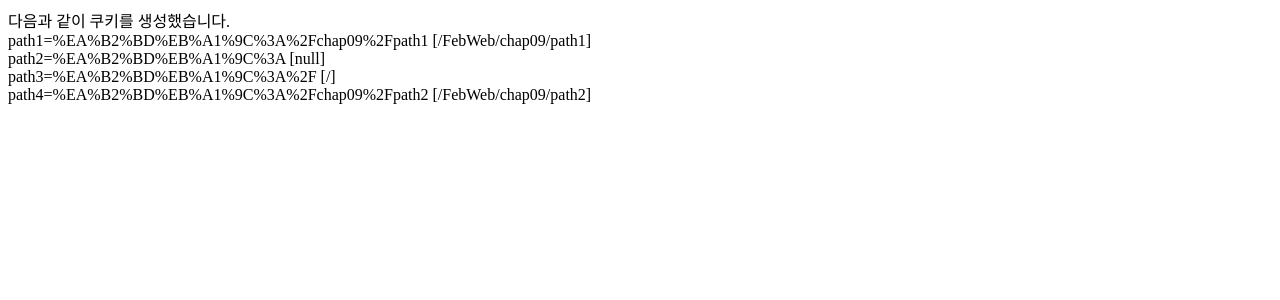
Repository: jjanggu1990/kh_java
Page: http://localhost/JSP_EX/day0322/chap09/path1/setCookieWithPath.jsp
The author's editor kept a copy of each file at every save. The page is drawn from the files as they stood at one save, then again after the next save.
The browser window is 1280 px wide. The pictures show the whole page.
The page is served by Tomcat 9.

Above is the page before, as saved 2016-03-22 10:22:04.

After the next save:
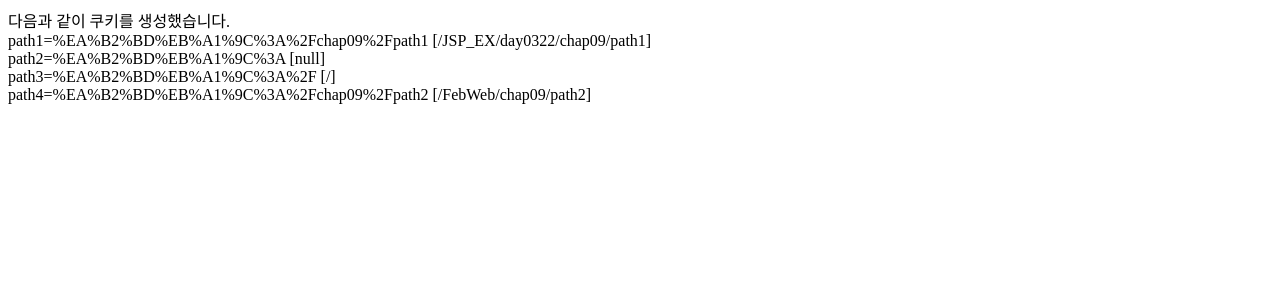
Saved 45 s later.
--- a/workspace/JSP_EX/WebContent/day0322/chap09/path1/setCookieWithPath.jsp
+++ b/workspace/JSP_EX/WebContent/day0322/chap09/path1/setCookieWithPath.jsp
@@ -3,7 +3,7 @@
 <%
 	Cookie cookie1 = new Cookie("path1",
 			URLEncoder.encode("경로:/chap09/path1", "utf-8"));
-	cookie1.setPath("/FebWeb/chap09/path1");
+	cookie1.setPath("/JSP_EX/day0322/chap09/path1");
 	response.addCookie(cookie1);
 
 	Cookie cookie2 = new Cookie("path2",
